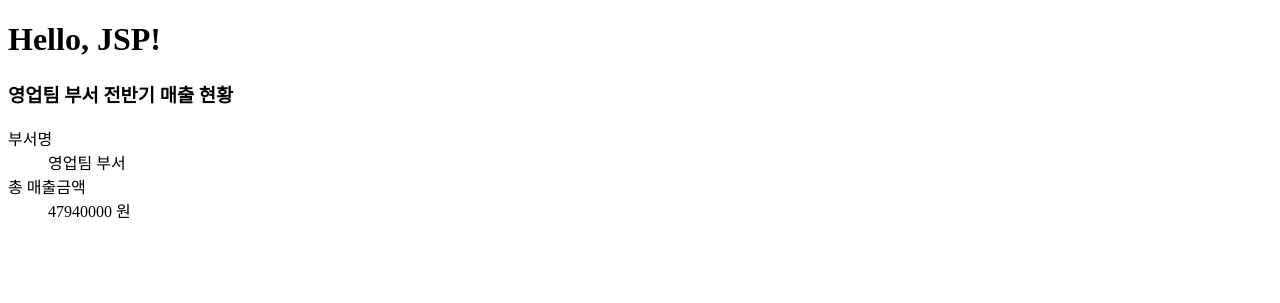
Repository: onuo77/HTA
Page: http://localhost/sample/hello.jsp
An editor plug-in stored every save of this project. The page is shown before and after the next save, followed by the edit.
The browser window is 1280 px wide. The pictures show the whole page.
The page is served by Tomcat 9.

Above is the page before, as saved 2021-05-18 07:39:17.

After the next save:
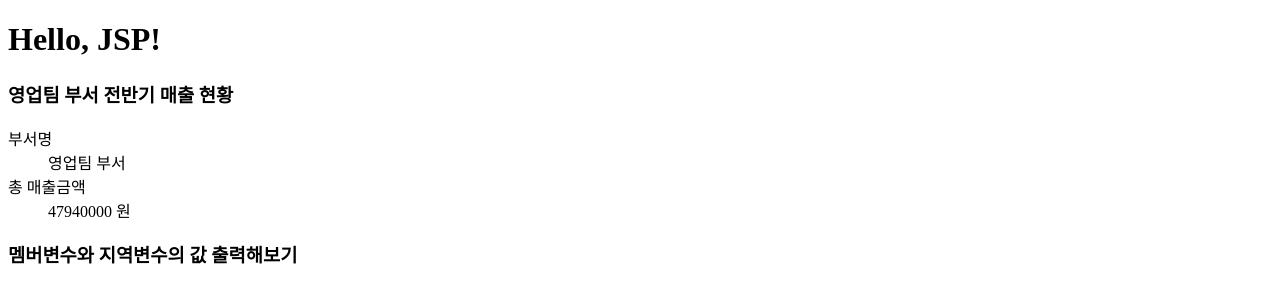
Saved 42 s later.
--- a/java-web/sample/src/main/webapp/hello.jsp
+++ b/java-web/sample/src/main/webapp/hello.jsp
@@ -73,5 +73,6 @@
 		<dt>총 매출금액</dt><dd><%=totalSales %> 원</dd>
 	</dl>
 
+	<h3>멤버변수와 지역변수의 값 출력해보기</h3>
 </body>
 </html>
